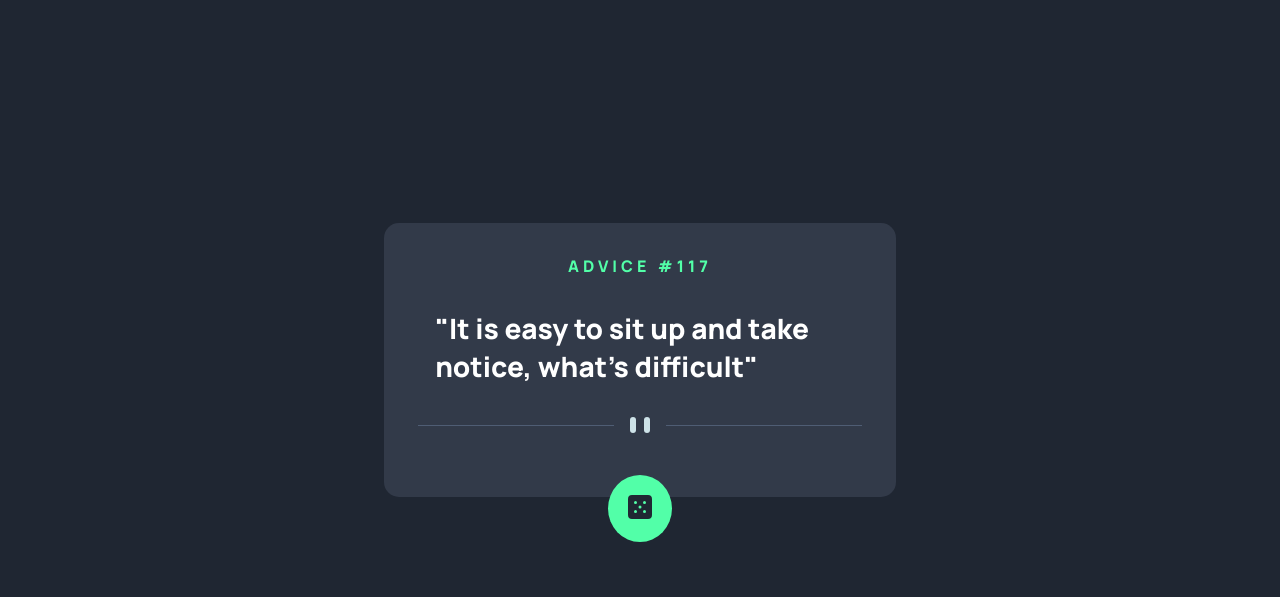
Repository: WindOfCodes/advice-generator-app
Page: index.html
These files come from the project's save history. The page is drawn as it stood at one moment and after a run of saves; the edit follows.
The browser window is 1280 px wide. The pictures show the whole page.

Above is the page before, as saved 2022-11-28 22:15:03.

### index.html
<!DOCTYPE html>
<html lang="en">
  <head>
    <meta charset="UTF-8" />
    <meta name="viewport" content="width=device-width, initial-scale=1.0" />
    <link
      href="https://fonts.googleapis.com/css2?family=Manrope:wght@800&display=swap"
      rel="stylesheet"
    />
    <link rel="stylesheet" href="/styles/main.css" />
  </head>
  <body>
    <div class="card">
      <span class="number">advice #117</span>
      <span class="quote">
        "It is easy to sit up and take notice, what's difficult"
      </span>
      <img class="line" src="./images/pattern-divider-desktop.svg" />
      <button class="dice">
        <img src="./images/icon-dice.svg" />
      </button>
    </div>
  </body>
</html>

### styles/main.css
/* <style>
.attribution { font-size: 11px; text-align: center; }
.attribution a { color: hsl(228, 45%, 44%); }
</style> */

/* Mobile: 375px
Desktop: 1440px */

/* $lightCyan : hsl(193, 38%, 86%);
$neonGreen: hsl(150, 100%, 66%);
$grayishBlue: hsl(217, 19%, 38%);
$darkGrayishBlue: hsl(217, 19%, 24%);
$darkBlue: hsl(218, 23%, 16%); */

body {
  font-family: "Manrope", sans-serif;
  font-weight: 800;
  background-color: hsl(218, 23%, 16%);
  font-size: 28px;
}

.card {
  background-color: hsl(217, 19%, 24%);
  width: 40%;
  min-height: 35%;
  display: flex;
  flex-direction: column;
  position: absolute;
  top: 50%;
  left: 50%;
  transform: translate(-50%, -50%);
  justify-content: center;
  align-items: center;
  margin: auto;
  border-radius: 15px;
}

.number {
  text-transform: uppercase;
  font-size: 16px;
  letter-spacing: 0.25rem;
  color: hsl(150, 100%, 66%);
  margin: 2rem 0;
}

.quote {
  color: white;
  max-width: 80%;
}

.line {
  margin: 2rem 0 4rem 0;
}

.dice {
  border: none;
  border-radius: 50%;
  background-color: hsl(150, 100%, 66%);
  padding: 20px;
  position: absolute;
  top: 92%;
}

.dice:hover {
  cursor: pointer;
}

After the next 2 saves:
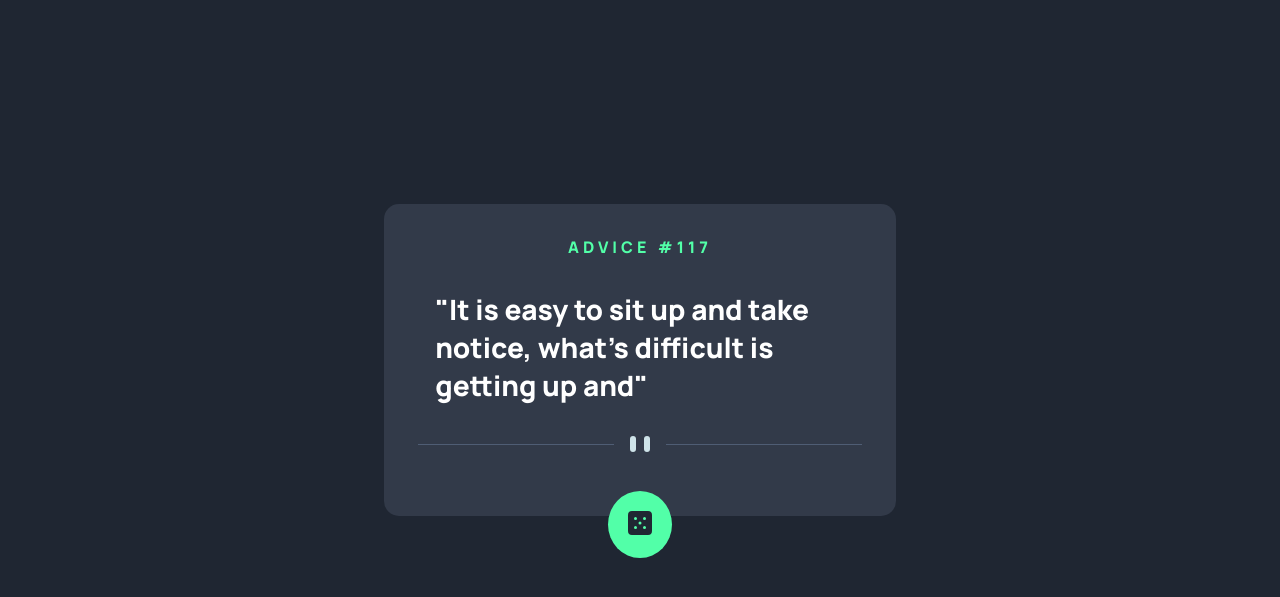
The 2 saves are shown as one change because they came seconds apart.
The last was saved 6 s later.
--- a/index.html
+++ b/index.html
@@ -13,7 +13,7 @@
     <div class="card">
       <span class="number">advice #117</span>
       <span class="quote">
-        "It is easy to sit up and take notice, what's difficult"
+        "It is easy to sit up and take notice, what's difficult is getting up and"
       </span>
       <img class="line" src="./images/pattern-divider-desktop.svg" />
       <button class="dice">
